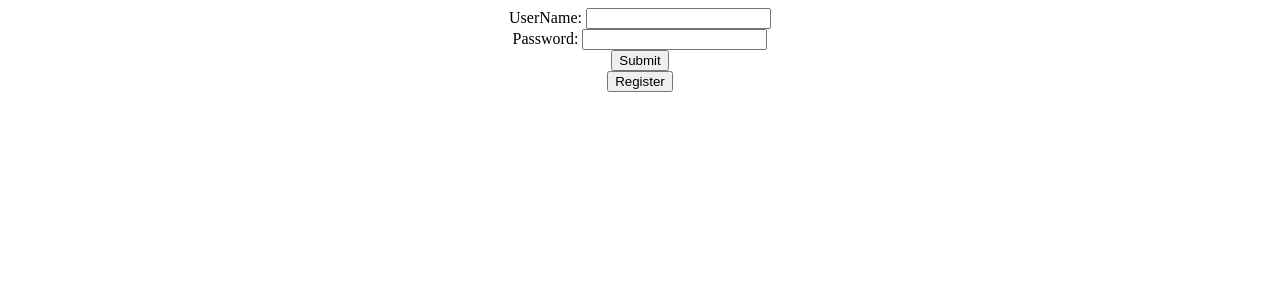
Repository: sunil965/JDBC-Servlet-JSP
Page: LoginForm/WebContent/index.html
These files come from the project's save history. The page is drawn as it stood at one moment and after the next save; the edit follows.
The browser window is 1280 px wide. The pictures show the whole page.

Above is the page before, as saved 2017-04-28 06:34:25.

After the next save:
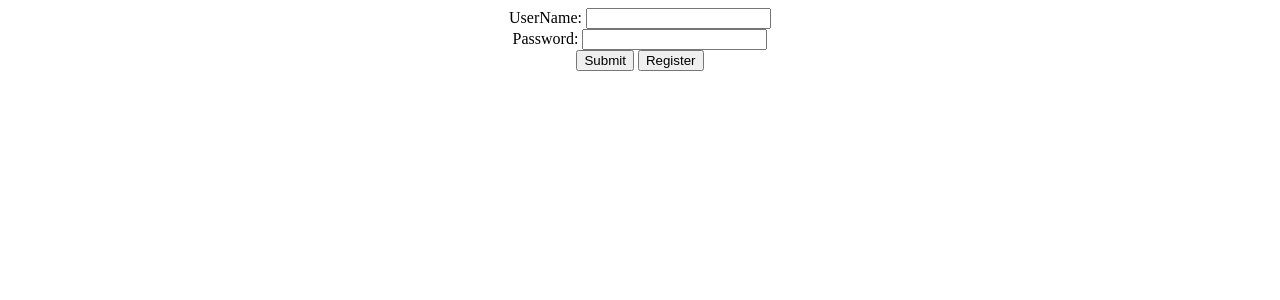
Saved 57 s later.
--- a/LoginForm/WebContent/index.html
+++ b/LoginForm/WebContent/index.html
@@ -9,9 +9,9 @@
 <form action="loginServlet">
 	UserName: <input type="text"><br>
 	Password: <input type="password"><br>
-	<input type="submit" name="Login">
+	<input type="submit" name="Login"><span>
 </form>
-<a href="Register.html"><button>Register</button></a>
+<a href="Register.html"><button>Register</button></a></span>
 </div>
 </body>
 </html>

After the save that followed:
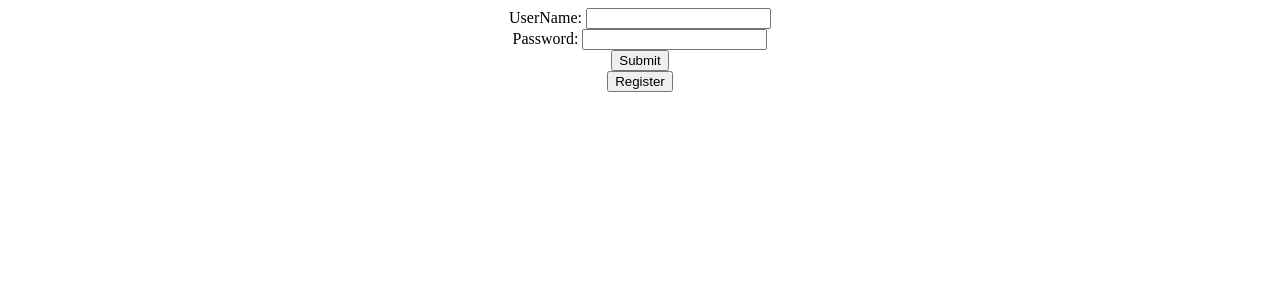
Saved 99 s later.
--- a/LoginForm/WebContent/index.html
+++ b/LoginForm/WebContent/index.html
@@ -9,9 +9,9 @@
 <form action="loginServlet">
 	UserName: <input type="text"><br>
 	Password: <input type="password"><br>
-	<input type="submit" name="Login"><span>
+	<input type="submit" name="Login">
 </form>
-<a href="Register.html"><button>Register</button></a></span>
+<a href="Register.html"><button>Register</button></a>
 </div>
 </body>
 </html>
